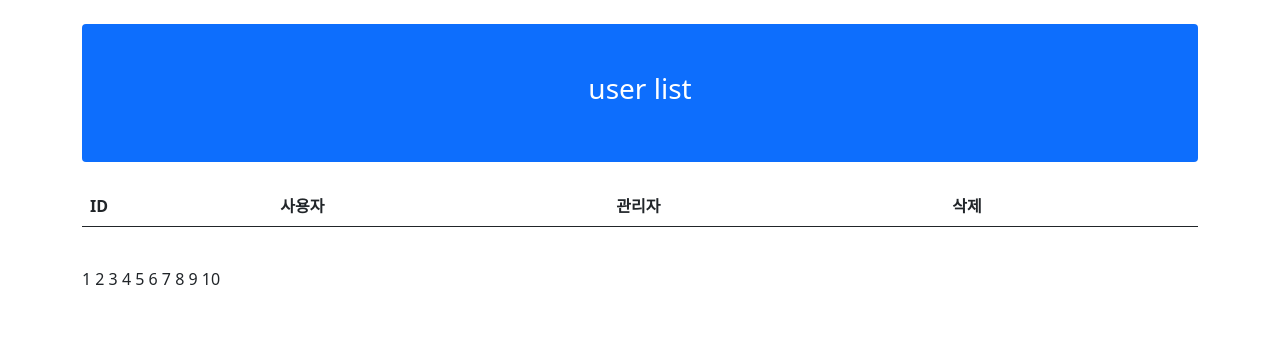
Repository: minokki/mino
Page: http://localhost/lec03_mvc/user/user_list.jsp
These files come from the project's save history. The page is drawn as it stood at one moment and after the next save; the edit follows.
The browser window is 1280 px wide. The pictures show the whole page.
Some web libraries are served in a nearby version. The page is served by Tomcat 9.

Above is the page before, as saved 2022-12-28 05:26:28.

After the next save:
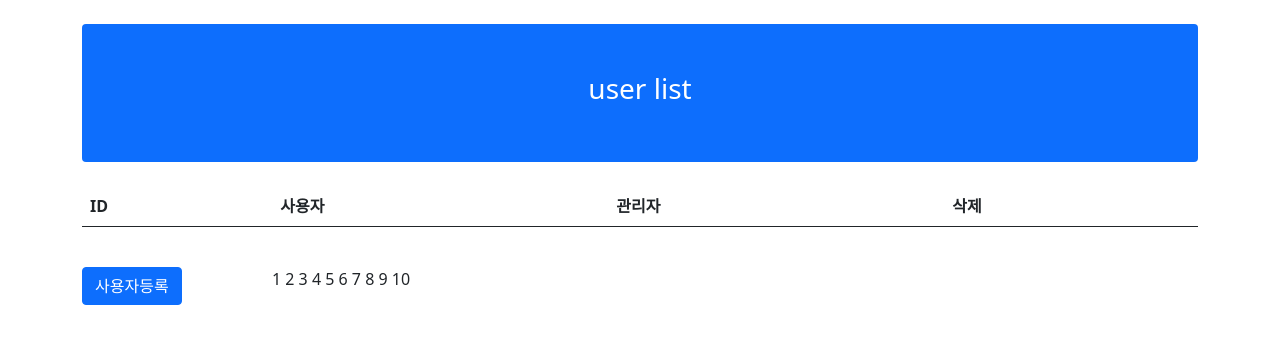
Saved 3 min 23 s later.
--- a/spring/lec03_mvc/src/main/webapp/user/user_list.jsp
+++ b/spring/lec03_mvc/src/main/webapp/user/user_list.jsp
@@ -47,6 +47,19 @@
 		</table>
    </div>
    <br/>
-	<div class="container">1 2 3 4 5 6 7 8 9 10</div>
+	<div class="container">
+		<div class="row">
+		<div class="col-sm-2">
+		<!--  button trigger modal form - user add -->
+		<button type="button" class="btn btn-primary" data-bs-toggle="modal" data-bs-target="#addUser">사용자등록</button>
+		</div>
+
+		<div class="col-sm-auto">
+			1 2 3 4 5 6 7 8 9 10
+		</div>
+		</div>
+	</div>
+
+		<!--  사용자 등록 modal form -->
 </body>
 </html>
